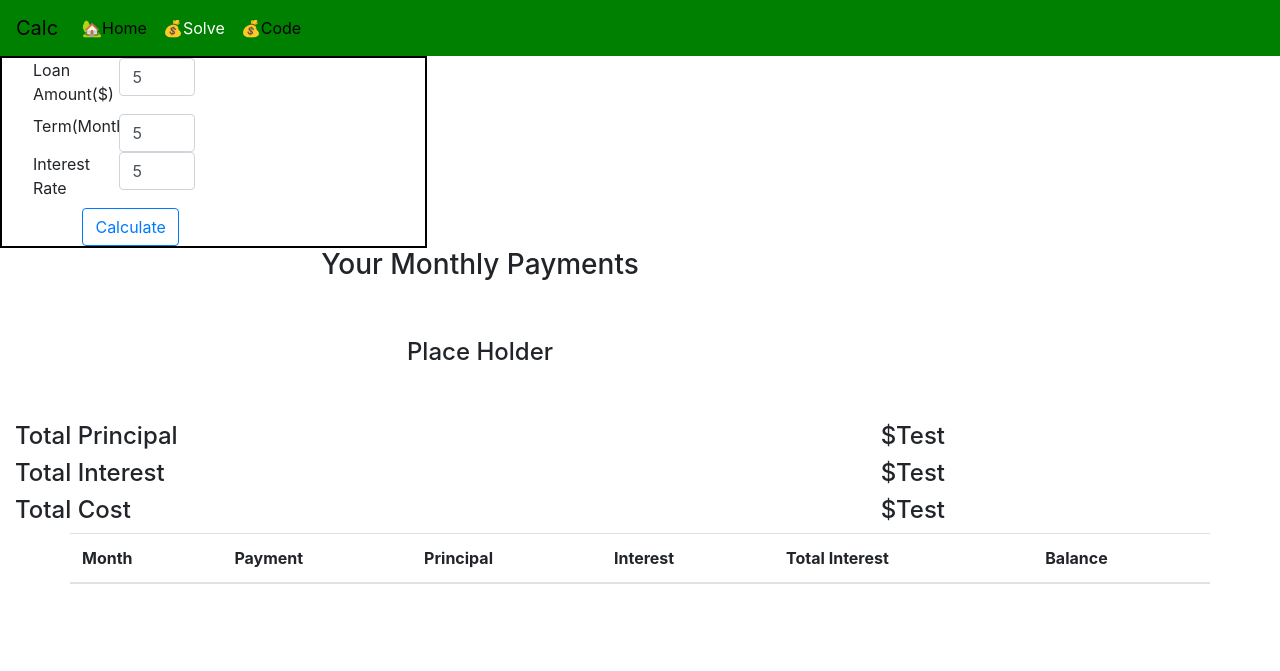
Repository: zhadjah9559/MortgageManager
Page: solve.html
The author's editor kept a copy of each file at every save. The page is drawn from the files as they stood at one save, then again after the next save.
The browser window is 1280 px wide. The pictures show the whole page.
Empty fields were first filled with sample values (such as "Sample", 5 or name@example.com).
After loading, the first visible `button.btn` was clicked once.

Above is the page before, as saved 2021-01-16 14:17:03.
Console error: TypeError: interestPayment.push(...) is not a function

### solve.html
<!doctype html>
<html lang="en">
  <head>
    <title>Mortgage Loan Calculator</title>
    <!-- Required meta tags -->
    <meta charset="utf-8">
    <meta name="viewport" content="width=device-width, initial-scale=1, shrink-to-fit=no">

    <!-- Bootstrap CSS -->
    <link rel="stylesheet" href="https://stackpath.bootstrapcdn.com/bootstrap/4.3.1/css/bootstrap.min.css" integrity="sha384-ggOyR0iXCbMQv3Xipma34MD+dH/1fQ784/j6cY/iJTQUOhcWr7x9JvoRxT2MZw1T" crossorigin="anonymous">
    <link rel="stylesheet" href="css/custom.css">
    <link rel="stylesheet" href="css/prism.css">
  </head>
  <body>

    <nav class="navbar navbar-expand-sm navbar-dark" style="background-color: green;">
        <a class="navbar-brand" href="#">Calc</a>
        <button class="navbar-toggler d-lg-none" type="button" data-toggle="collapse" data-target="#collapsibleNavId" aria-controls="collapsibleNavId"
            aria-expanded="false" aria-label="Toggle navigation"></button>
        <div class="collapse navbar-collapse" id="collapsibleNavId">
            <ul class="navbar-nav mr-auto mt-2 mt-lg-0">
                <li class="nav-item ">
                    <a class="nav-link" href="index.html">🏡Home </a>
                </li>
                <li class="nav-item active">
                    <a class="nav-link" href="solve.html">💰Solve <span class="sr-only">(current)</span></a>
                </li>
                <li class="nav-item">
                    <a class="nav-link" href="code.html">💰Code</a>
                </li>
            </ul>
        </div>
    </nav>

    </div>

    <div class="container-fluid">
        <div class="row">

            <div class="col-lg-4" style="border:2px solid black;">
                <div class="row">
                    <div class="col-2 ml-3">
                        <label for="Loan Amount">Loan Amount($)</label>
                    </div>
                    <div class="col-3 ml-3">
                        <input type="number" class="form-control" id="loanAmount" placeholder="100000">
                    </div>
                </div>
                <div class="row">
                    <div class="col-2 ml-3">
                        <label for="Term">Term(Months)</label>
                    </div>
                    <div class="col-3 ml-3">
                        <input type="number" class="form-control" id="months" placeholder="60">
                    </div>
                </div>
                <div class="row">
                    <div class="col-2 ml-3">
                        <label for="Interest Rate">Interest Rate</label>
                    </div>
                    <div class="col-3 ml-3">
                        <input type="number" class="form-control" id="interestRate" placeholder="3.5%">
                    </div>
                </div>
                <div class="row offset-2">
                    <button class="btn btn-outline-primary" type="submit" onclick="calculateLoan()">Calculate</button>
                </div>
            </div>



            <div class="col-lg-9 mr-3" style="border:px solid black;">
                <div class="row justify-content-center">
                    <h3>Your Monthly Payments</h3>
                </div>


                <div class="row justify-content-center mt-5">
                    <h4 id="monthlyPayment">Place Holder</h4>
                </div>


                <div class="row justify-content-center mt-5">
                    <div class="col-3">
                        <h4>Total Principal</h4>
                    </div>
                    <div class="col-3 offset-6">
                        <h4 id="totalPrincipalOutput" class="text-right">$Test</h4>
                    </div>


                    <div class="col-3">
                        <h4>Total Interest</h4>
                    </div>
                    <div class="col-3 offset-6">
                        <h4 id="totalInterestOutput" class="text-right">$Test</h4>
                    </div>


                    <div class="col-3">
                        <h4>Total Cost</h4>
                    </div>
                    <div class="col-3 offset-6">
                        <h4 id="totalCostOutput" class="text-right">$Test</h4>
                    </div>

                </div>
            </div>

        </div>
    </div>


    <div class="container">
        <div class="row">
            <table class="table table-striped">
                <thead>
                    <tr>
                        <th>Month</th>
                        <th>Payment</th>
                        <th>Principal</th>
                        <th>Interest</th>
                        <th>Total Interest</th>
                        <th>Balance</th>
                    </tr>
                </thead>
                <tbody id="tBody">

                </tbody>
            </table>
        </div>
    </div>



    <!-- Optional JavaScript -->
    <!-- jQuery first, then Popper.js, then Bootstrap JS -->
    <script src="https://code.jquery.com/jquery-3.3.1.slim.min.js" integrity="sha384-q8i/X+965DzO0rT7abK41JStQIAqVgRVzpbzo5smXKp4YfRvH+8abtTE1Pi6jizo" crossorigin="anonymous"></script>
    <script src="https://cdnjs.cloudflare.com/ajax/libs/popper.js/1.14.7/umd/popper.min.js" integrity="sha384-UO2eT0CpHqdSJQ6hJty5KVphtPhzWj9WO1clHTMGa3JDZwrnQq4sF86dIHNDz0W1" crossorigin="anonymous"></script>
    <script src="https://stackpath.bootstrapcdn.com/bootstrap/4.3.1/js/bootstrap.min.js" integrity="sha384-JjSmVgyd0p3pXB1rRibZUAYoIIy6OrQ6VrjIEaFf/nJGzIxFDsf4x0xIM+B07jRM" crossorigin="anonymous"></script>
    <script src="js/custom.js"></script>
    <script src="js/prism.js"></script>
  </body>
</html>

### css/custom.css
.navbar-dark .navbar-nav .active>.nav-link{
    color:white;
}
.navbar-dark .navbar-nav .nav-link{
    color:black;
}
.navbar .navbar-brand{
    color:black;
}

### css/prism.css
/* PrismJS 1.23.0
https://prismjs.com/download.html#themes=prism-okaidia&languages=markup+css+clike+javascript&plugins=normalize-whitespace */
/**
 * okaidia theme for JavaScript, CSS and HTML
 * Loosely based on Monokai textmate theme by http://www.monokai.nl/
 * @author ocodia
 */

code[class*="language-"],
pre[class*="language-"] {
	color: #f8f8f2;
	background: none;
	text-shadow: 0 1px rgba(0, 0, 0, 0.3);
	font-family: Consolas, Monaco, 'Andale Mono', 'Ubuntu Mono', monospace;
	font-size: 1em;
	text-align: left;
	white-space: pre;
	word-spacing: normal;
	word-break: normal;
	word-wrap: normal;
	line-height: 1.5;

	-moz-tab-size: 4;
	-o-tab-size: 4;
	tab-size: 4;

	-webkit-hyphens: none;
	-moz-hyphens: none;
	-ms-hyphens: none;
	hyphens: none;
}

/* Code blocks */
pre[class*="language-"] {
	padding: 1em;
	margin: .5em 0;
	overflow: auto;
	border-radius: 0.3em;
}

:not(pre) > code[class*="language-"],
pre[class*="language-"] {
	background: #272822;
}

/* Inline code */
:not(pre) > code[class*="language-"] {
	padding: .1em;
	border-radius: .3em;
	white-space: normal;
}

.token.comment,
.token.prolog,
.token.doctype,
.token.cdata {
	color: #8292a2;
}

.token.punctuation {
	color: #f8f8f2;
}

.token.namespace {
	opacity: .7;
}

.token.property,
.token.tag,
.token.constant,
.token.symbol,
.token.deleted {
	color: #f92672;
}

.token.boolean,
.token.number {
	color: #ae81ff;
}

.token.selector,
.token.attr-name,
.token.string,
.token.char,
.token.builtin,
.token.inserted {
	color: #a6e22e;
}

.token.operator,
.token.entity,
.token.url,
.language-css .token.string,
.style .token.string,
.token.variable {
	color: #f8f8f2;
}

.token.atrule,
.token.attr-value,
.token.function,
.token.class-name {
	color: #e6db74;
}

.token.keyword {
	color: #66d9ef;
}

.token.regex,
.token.important {
	color: #fd971f;
}

.token.important,
.token.bold {
	font-weight: bold;
}
.token.italic {
	font-style: italic;
}

.token.entity {
	cursor: help;
}

### js/custom.js
function calculateLoan(){
    let loanAmount = parseInt( document.getElementById("loanAmount").value )
    let months = parseInt( document.getElementById("months").value )
    //before the very first month
    let remainingBalance = loanAmount;

    //DONT FORGET TO CONVERT THIS TO A PERCENTAGE
    let interestRate = parseInt( document.getElementById("interestRate").value )

    //Keep track of interest payments
    let interestPayment = new Array();

    //END OF DECLARATIONS*******************************************************

    //input validation to make sure interest is solid number
    if(interestRate >= 100){

    }

    //Total Monthly Payment  ***STATIC variable***                                       //(1+rate/1200)^(-NumberOfMonths)
    const totalMonthlyPayment = (loanAmount) * (interestRate/1200) / (1 -   Math.pow( (1 + interestRate/1200) , (-months) ) )




    //Interest Payment
    interestPayment.push(   ) (remainingBalance) * (interestRate/1200)

    //principal payment
    let principalPayments = totalMonthlyPayment - interestPayment

    remainingBalance -= principalPayments;

    for (let i = 0; i < months; i++) {

    }






    //will later on be used in order to display output
    let tBody ="";
    let output=["Hello","This","is","a","Test"];
    for (let i = 0; i < output.length; i+=5) {
        tBody += `<tr> <td>${i+1}</td> <td>$${  (Math.round(totalMonthlyPayment * 100) / 100).toFixed(2) }</td>
                  <td>${principalPayments[i]}</td> <td>${output[i+3]}</td>
                  <td>${output[i+4]}</td> </tr>`
    }
    document.getElementById("tBody").innerHTML = tBody


}

Loaded but not shown: js/prism.js (library)

After the next save:
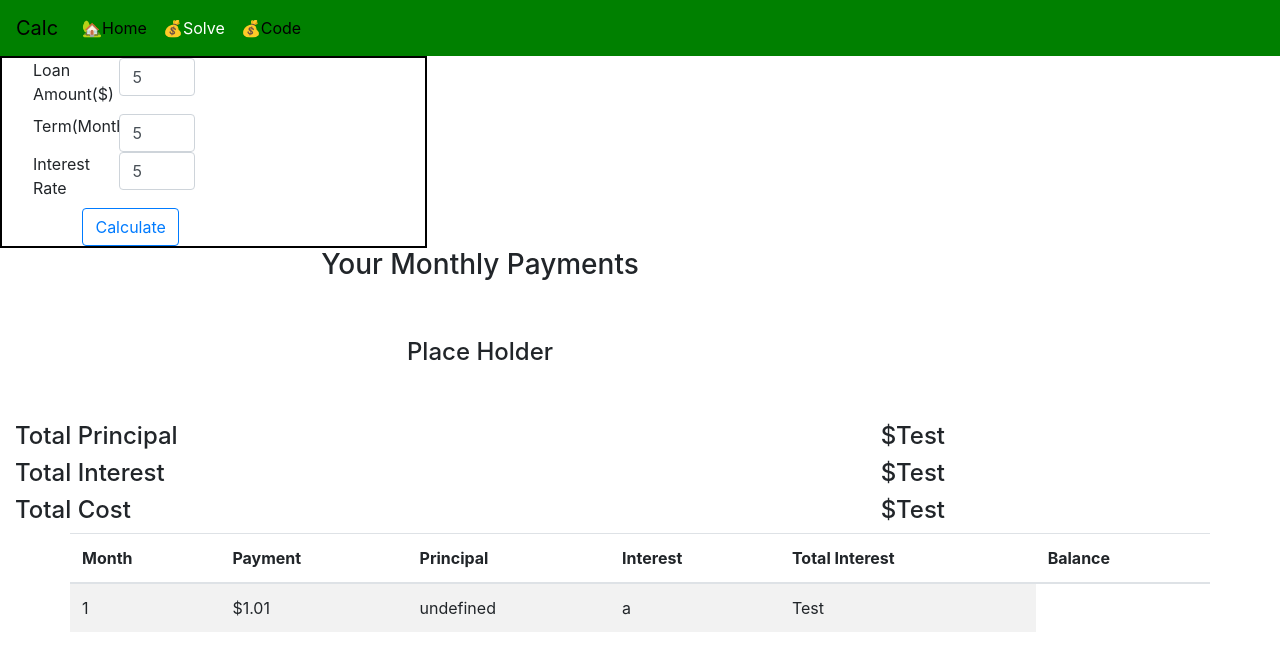
The error is gone.
Saved 8 s later.
--- a/js/custom.js
+++ b/js/custom.js
@@ -24,7 +24,7 @@ function calculateLoan(){
 
 
     //Interest Payment
-    interestPayment.push(   ) (remainingBalance) * (interestRate/1200)
+    interestPayment.push(   )
 
     //principal payment
     let principalPayments = totalMonthlyPayment - interestPayment
